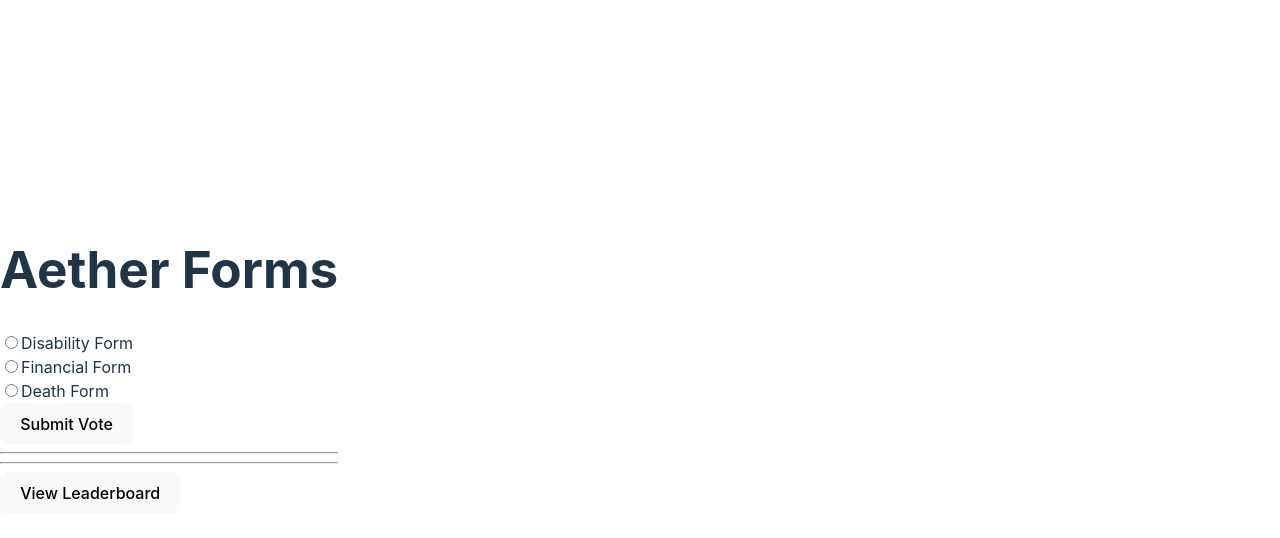
Repository: Jennica1/Aether-Top-Forms
Page: / (app in form-leaderboard-frontend/)
The author's editor kept a copy of each file at every save. The page is drawn from the files as they stood at one save, then again after the next save.
The browser window is 1280 px wide. The pictures show the whole page.
The project was rebuilt for these pictures with package versions that can differ from the ones it lists, and the page was loaded fresh each time. Also part of the build but not shown: form-leaderboard-frontend/vite.config.js.

Above is the page before, as saved 2024-11-26 17:36:38.

### form-leaderboard-frontend/src/App.jsx
import React from "react";
import VotingForm from "./components/VotingForm";
import Leaderboard from "./components/Leaderboard";

function App() {
  return (
    <div>
      <h1>Aether Forms</h1>
      <VotingForm />
      <hr />
      <Leaderboard />
    </div>
  );
}

export default App;

### form-leaderboard-frontend/src/components/VotingForm.jsx
import React, { useState, useEffect } from "react";

const VotingForm = () => {
  const [formDescriptions, setFormDescriptions] = useState([]);
  const [formType, setFormType] = useState("");
  const [selectedDescription, setSelectedDescription] = useState("");

  useEffect(() => {
    import("../formDescriptions.json")
      .then((module) => {
        setFormDescriptions(module.default);
      })
      .catch((error) => {
        console.error("Failed to load form descriptions:", error);
      });
  }, []);

  const handleVote = async (e) => {
    e.preventDefault();

    if (!formType) {
      alert("Please select a form!");
      return;
    }

    try {
      alert(`Vote submitted for ${formType}`);
    } catch (error) {
      console.error("Error submitting vote:", error);
    }
  };

  const handleFormSelection = (form) => {
    setFormType(form);
    const description = formDescriptions.find((item) => item.formType === form)?.description;
    setSelectedDescription(description || "No description available.");
  };

  return (
    <div>
      <form onSubmit={handleVote}>
        {formDescriptions.map((form) => (
          <div key={form.formType}>
            <label>
              <input
                type="radio"
                name="form"
                value={form.formType}
                onChange={(e) => handleFormSelection(e.target.value)}
              />
              {form.formType}
            </label>
            <br />
          </div>
        ))}
        <button type="submit">Submit Vote</button>
      </form>

      <hr />

      {selectedDescription && (
        <div>
          <h3>Form Description</h3>
          <p>{selectedDescription}</p>
        </div>
      )}
    </div>
  );
};

export default VotingForm;

### form-leaderboard-frontend/src/components/Leaderboard.jsx
import React, { useState } from "react";
import axios from "axios";

const Leaderboard = () => {
  const [leaderboard, setLeaderboard] = useState([]);
  const [formDescriptions, setFormDescriptions] = useState({});
  const [showLeaderboard, setShowLeaderboard] = useState(false);

  const fetchLeaderboard = async () => {
    try {
      // Fetch leaderboard and descriptions
      const [leaderboardData, descriptionsData] = await Promise.all([
        axios.get("https://aether-top-forms-leaderboard.onrender.com/api/votes/leaderboard"),
        axios.get("https://aether-top-forms-leaderboard.onrender.com/api/votes/form-details"),
      ]);
      setLeaderboard(leaderboardData.data);
      setFormDescriptions(descriptionsData.data);
      setShowLeaderboard(true); // Display leaderboard after fetching
    } catch (error) {
      console.error("Error fetching leaderboard or descriptions:", error);
    }
  };

  return (
    <div>
      <button onClick={fetchLeaderboard}>View Leaderboard</button>

      {showLeaderboard && (
        <ul>
          {leaderboard.map((entry) => (
            <li key={entry._id}>
              <strong>{entry._id}</strong>: {entry.count} votes
              <p>{formDescriptions[entry._id] || "No description available."}</p>
            </li>
          ))}
        </ul>
      )}
    </div>
  );
};

export default Leaderboard;

### form-leaderboard-frontend/src/formDescriptions.json
[
    {
      "formType": "Disability Form",
      "description": "This form is used to apply for disability benefits. Please ensure all required documents are attached."
    },
    {
      "formType": "Financial Form",
      "description": "This form is used to apply for financial aid. Ensure you include your income statements."
    },
    {
      "formType": "Death Form",
      "description": "This form is used to report a death and claim related benefits. Please attach a death certificate."
    }
  ]

Loaded but not shown: form-leaderboard-frontend/index.html (common file); form-leaderboard-frontend/src/main.jsx (common file); form-leaderboard-frontend/src/index.css (common file)

After the next save:
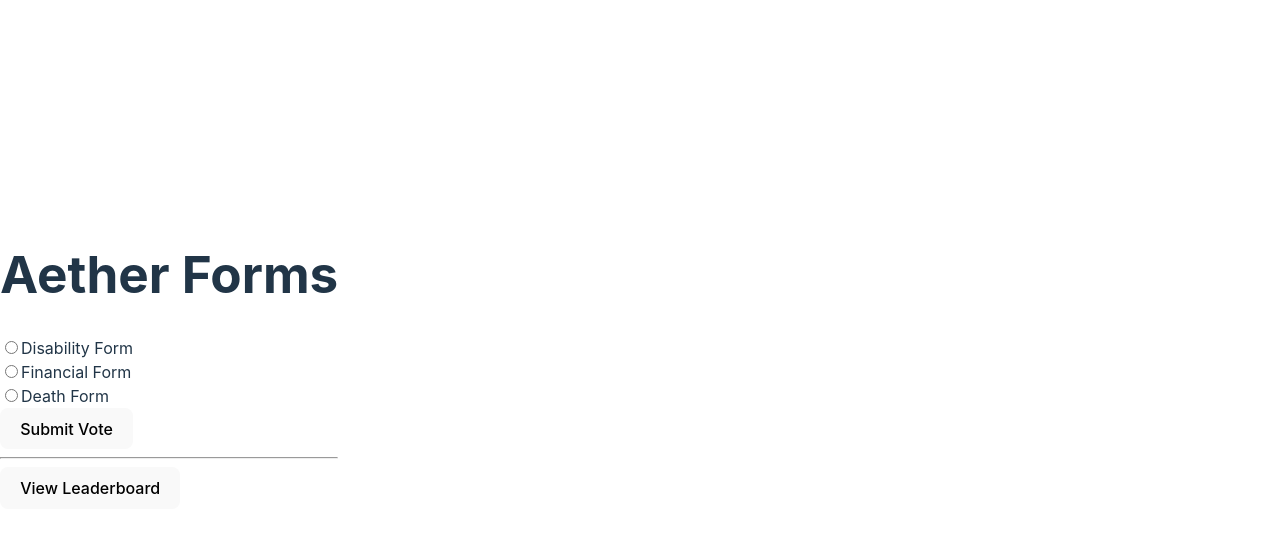
Saved 12 s later.
--- a/form-leaderboard-frontend/src/components/VotingForm.jsx
+++ b/form-leaderboard-frontend/src/components/VotingForm.jsx
@@ -56,7 +56,7 @@ const VotingForm = () => {
         <button type="submit">Submit Vote</button>
       </form>
 
-      <hr />
+
 
       {selectedDescription && (
         <div>
